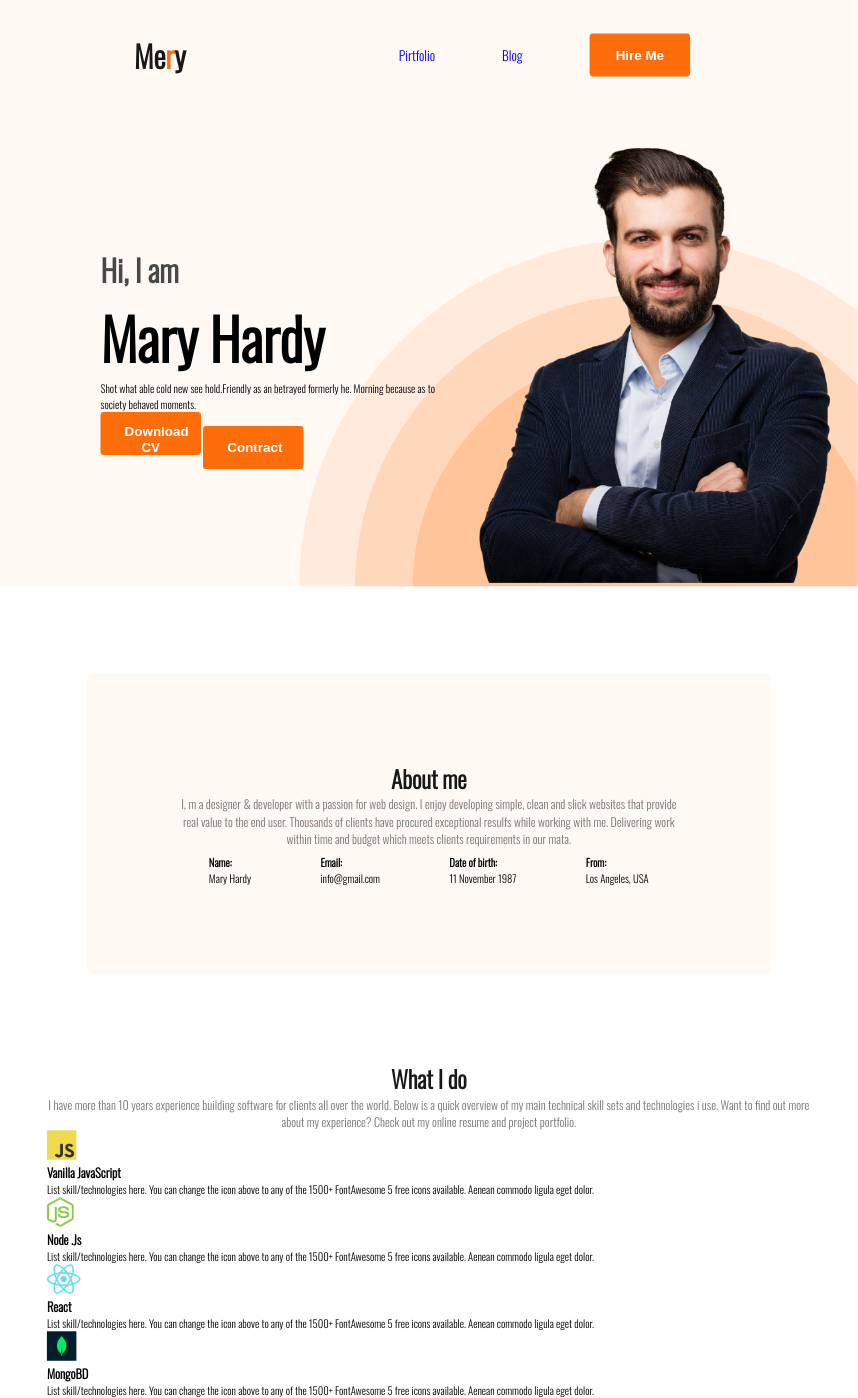
Repository: sumonkumarsarkar/my-website-personal
Page: index.html
An editor plug-in stored every save of this project. The page is shown before and after the next save, followed by the edit.
The browser window is 1280 px wide. The pictures show the whole page, at 67% of full size.

Above is the page before, as saved 2024-01-06 13:07:52.

After the next save:
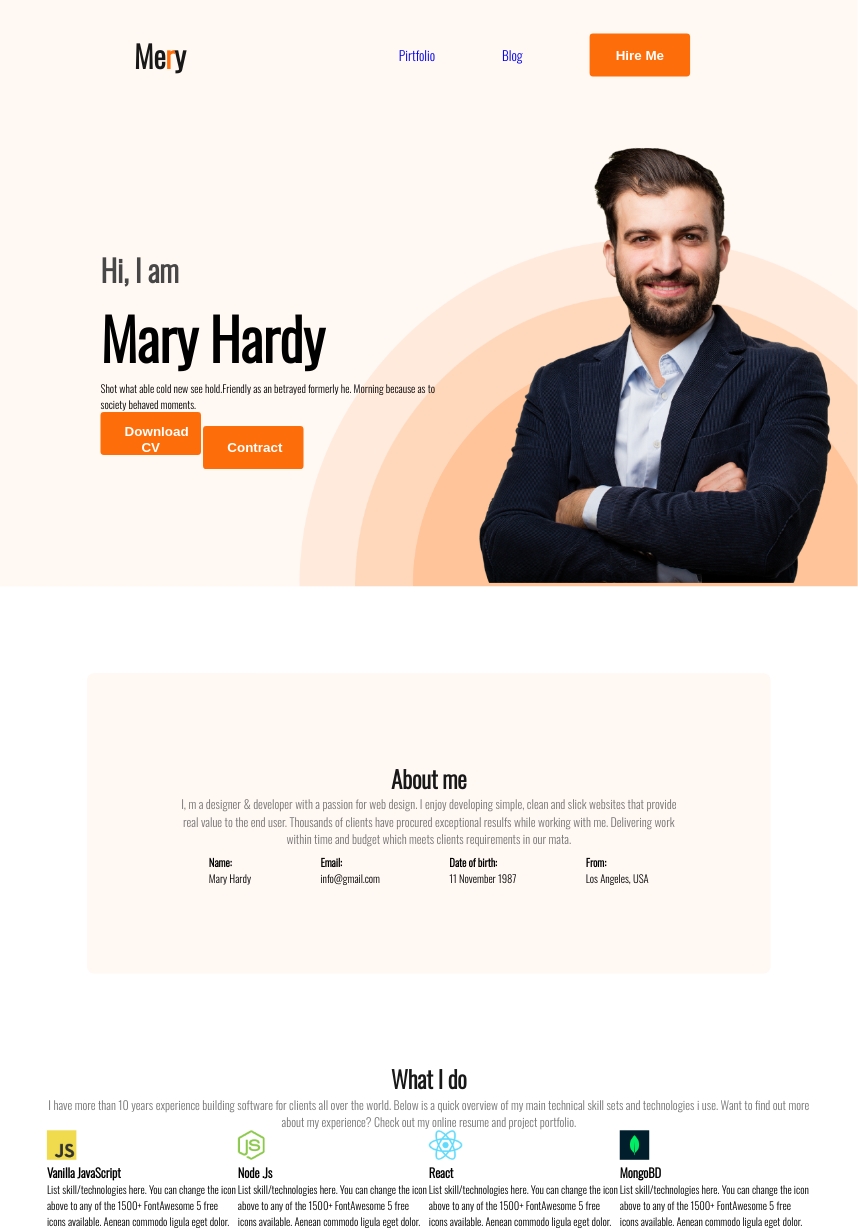
Saved 26 s later.
--- a/style.css
+++ b/style.css
@@ -119,3 +119,6 @@ main{
     max-width: 1140px;
     margin: 0 auto;
 }
+.skill-container{
+    display: flex;
+}
